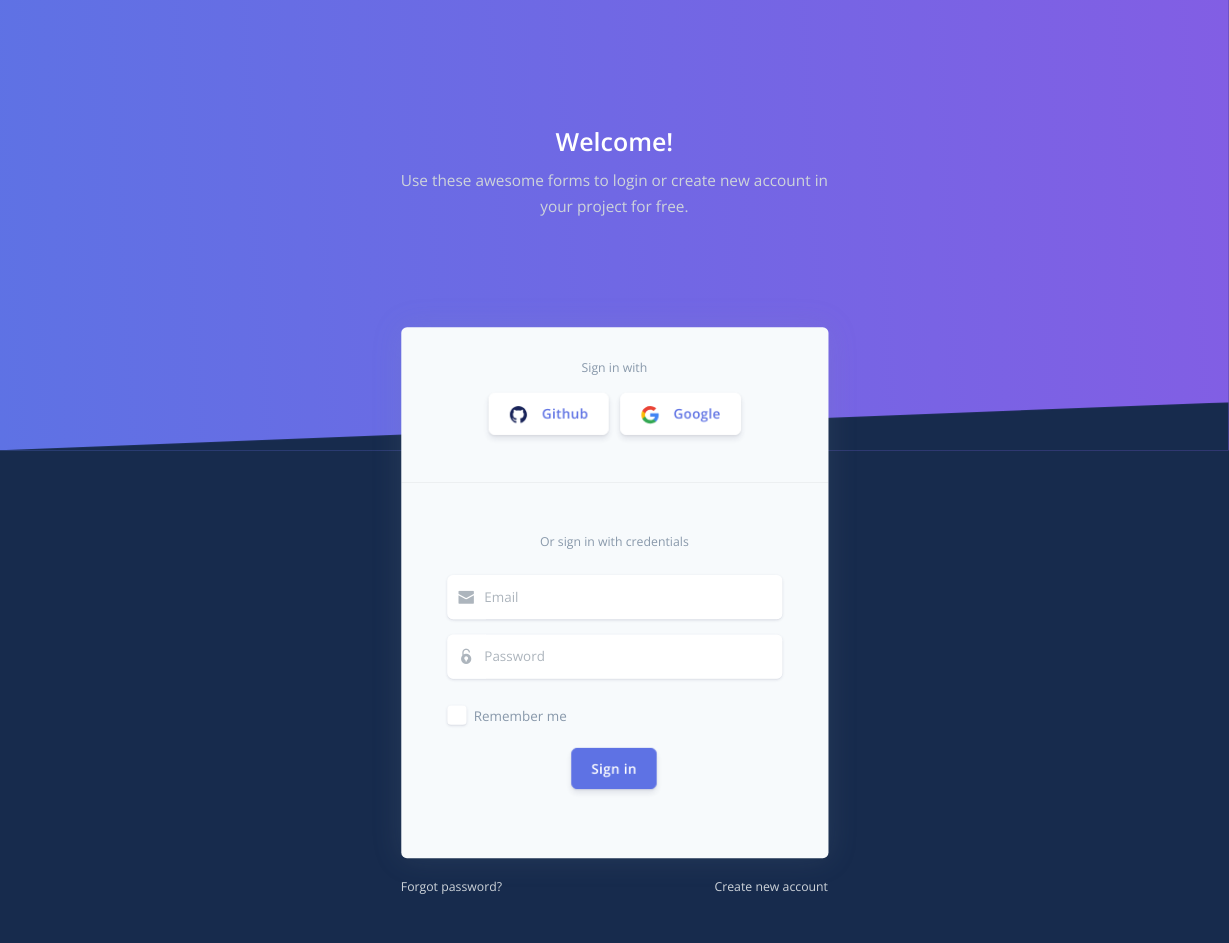
Repository: Hareeshgoli/restuarnt
Page: http://localhost/login
These files come from the project's save history. The page is drawn as it stood at one moment and after the next save; the edit follows.
The browser window is 1280 px wide. The pictures show the whole page, at 96% of full size.
The page is this project's Thymeleaf template; nobody is signed in. The template is opened directly, without the code that normally fills it, so the values that code supplies are empty.

Above is the page before, as saved 2020-02-28 09:28:29.

### resturant/src/main/resources/templates/login.html

<!DOCTYPE html>
<html lang="en">

<head>
  <meta charset="utf-8" />
  <meta name="viewport" content="width=device-width, initial-scale=1, shrink-to-fit=no">
  <title>
    Argon Dashboard - Free Dashboard for Bootstrap 4 by Creative Tim
  </title>
  <!-- Favicon -->
  <link href="../assets/img/brand/favicon.png" rel="icon" type="image/png">
  <!-- Fonts -->
  <link href="https://fonts.googleapis.com/css?family=Open+Sans:300,400,600,700" rel="stylesheet">
  <!-- Icons -->
  <link href="../assets/js/plugins/nucleo/css/nucleo.css" rel="stylesheet" />
  <link href="../assets/js/plugins/@fortawesome/fontawesome-free/css/all.min.css" rel="stylesheet" />
  <!-- CSS Files -->
  <link href="../assets/css/argon-dashboard.css?v=1.1.2" rel="stylesheet" />
</head>

<body class="bg-default">
  <div class="main-content">
    <!-- Header -->
    <div class="header bg-gradient-primary py-7 py-lg-8">
      <div class="container">
        <div class="header-body text-center mb-7">
          <div class="row justify-content-center">
            <div class="col-lg-5 col-md-6">
              <h1 class="text-white">Welcome!</h1>
              <p class="text-lead text-light">Use these awesome forms to login or create new account in your project for free.</p>
            </div>
          </div>
        </div>
      </div>
      <div class="separator separator-bottom separator-skew zindex-100">
        <svg x="0" y="0" viewBox="0 0 2560 100" preserveAspectRatio="none" version="1.1" xmlns="http://www.w3.org/2000/svg">
          <polygon class="fill-default" points="2560 0 2560 100 0 100"></polygon>
        </svg>
      </div>
    </div>
    <!-- Page content -->
    <div class="container mt--8 pb-5">
      <div class="row justify-content-center">
        <div class="col-lg-5 col-md-7">
          <div class="card bg-secondary shadow border-0">
            <div class="card-header bg-transparent pb-5">
              <div class="text-muted text-center mt-2 mb-3"><small>Sign in with</small></div>
              <div class="btn-wrapper text-center">
                <a href="#" class="btn btn-neutral btn-icon">
                  <span class="btn-inner--icon"><img src="../assets/img/icons/common/github.svg"></span>
                  <span class="btn-inner--text">Github</span>
                </a>
                <a href="#" class="btn btn-neutral btn-icon">
                  <span class="btn-inner--icon"><img src="../assets/img/icons/common/google.svg"></span>
                  <span class="btn-inner--text">Google</span>
                </a>
              </div>
            </div>
            <div class="card-body px-lg-5 py-lg-5">
              <div class="text-center text-muted mb-4">
                <small>Or sign in with credentials</small>
              </div>
              <form role="form">
                <div class="form-group mb-3">
                  <div class="input-group input-group-alternative">
                    <div class="input-group-prepend">
                      <span class="input-group-text"><i class="ni ni-email-83"></i></span>
                    </div>
                    <input class="form-control" placeholder="Email" type="email">
                  </div>
                </div>
                <div class="form-group">
                  <div class="input-group input-group-alternative">
                    <div class="input-group-prepend">
                      <span class="input-group-text"><i class="ni ni-lock-circle-open"></i></span>
                    </div>
                    <input class="form-control" placeholder="Password" type="password">
                  </div>
                </div>
                <div class="custom-control custom-control-alternative custom-checkbox">
                  <input class="custom-control-input" id=" customCheckLogin" type="checkbox">
                  <label class="custom-control-label" for=" customCheckLogin">
                    <span class="text-muted">Remember me</span>
                  </label>
                </div>
                <div class="text-center">
                  <button type="button" class="btn btn-primary my-4">Sign in</button>
                </div>
              </form>
            </div>
          </div>
          <div class="row mt-3">
            <div class="col-6">
              <a href="#" class="text-light"><small>Forgot password?</small></a>
            </div>
            <div class="col-6 text-right">
              <a href="#" class="text-light"><small>Create new account</small></a>
            </div>
          </div>
        </div>
      </div>
    </div>

  </div>
  <!--   Core   -->
  <script src="../assets/js/plugins/jquery/dist/jquery.min.js"></script>
  <script src="../assets/js/plugins/bootstrap/dist/js/bootstrap.bundle.min.js"></script>
  <!--   Optional JS   -->
  <!--   Argon JS   -->
  <script src="../assets/js/argon-dashboard.min.js?v=1.1.2"></script>
  <script src="https://cdn.trackjs.com/agent/v3/latest/t.js"></script>
  <script>
    window.TrackJS &&
      TrackJS.install({
        token: "ee6fab19c5a04ac1a32a645abde4613a",
        application: "argon-dashboard-free"
      });
  </script>
</body>

</html>

### resturant/src/main/resources/static/assets/img/icons/common/github.svg
<?xml version="1.0" encoding="UTF-8"?>
<svg width="36px" height="36px" viewBox="0 0 36 36" version="1.1" xmlns="http://www.w3.org/2000/svg" xmlns:xlink="http://www.w3.org/1999/xlink">
    <!-- Generator: Sketch 43.2 (39069) - http://www.bohemiancoding.com/sketch -->
    <title>UI/icons/dark/github</title>
    <desc>Created with Sketch.</desc>
    <defs/>
    <g id="Symbols" stroke="none" stroke-width="1" fill="none" fill-rule="evenodd">
        <g id="UI/icons/dark/github" fill="#182359">
            <path d="M17.9985267,2 C9.16436969,2 2,9.16338746 2,18.0004911 C2,25.0695847 6.58405721,31.0660855 12.9420179,33.1818042 C13.7425335,33.3291384 14.0342552,32.8350778 14.0342552,32.4107554 C14.0342552,32.0306332 14.020504,31.0248319 14.0126462,29.6899843 C9.56217195,30.6564965 8.62316216,27.5447988 8.62316216,27.5447988 C7.89533135,25.696246 6.84631204,25.2041499 6.84631204,25.2041499 C5.3935971,24.2120998 6.95632156,24.2317444 6.95632156,24.2317444 C8.56226404,24.3447006 9.40697996,25.8809049 9.40697996,25.8809049 C10.834157,28.3256699 13.1522146,27.6194481 14.063722,27.2098591 C14.2090917,26.1765554 14.6226097,25.4713159 15.0793456,25.0715492 C11.5266276,24.6678535 7.7912152,23.294699 7.7912152,17.163633 C7.7912152,15.417232 8.41492986,13.9880905 9.43841125,12.8703152 C9.27339697,12.4656374 8.72433162,10.8380859 9.5955677,8.63593112 C9.5955677,8.63593112 10.9382731,8.20571534 13.9949661,10.2762516 C15.27088,9.9206851 16.6401056,9.7438841 18.0004911,9.7370085 C19.3598944,9.7438841 20.7281378,9.9206851 22.0060161,10.2762516 C25.0607447,8.20571534 26.4014856,8.63593112 26.4014856,8.63593112 C27.2746861,10.8380859 26.7256208,12.4656374 26.5615888,12.8703152 C27.5870346,13.9880905 28.2058381,15.417232 28.2058381,17.163633 C28.2058381,23.3104147 24.4645324,24.6629424 20.9010099,25.0587802 C21.4746309,25.5528408 21.9863716,26.5291752 21.9863716,28.0211793 C21.9863716,30.1604715 21.966727,31.8862457 21.966727,32.4107554 C21.966727,32.8390067 22.255502,33.3369962 23.0668222,33.180822 C29.4198717,31.0601921 34,25.0676202 34,18.0004911 C34,9.16338746 26.8356303,2 17.9985267,2" id="icons/icon-github"/>
        </g>
    </g>
</svg>

### resturant/src/main/resources/static/assets/img/icons/common/google.svg
<?xml version="1.0" encoding="UTF-8"?>
<svg width="36px" height="36px" viewBox="0 0 36 36" version="1.1" xmlns="http://www.w3.org/2000/svg" xmlns:xlink="http://www.w3.org/1999/xlink">
    <!-- Generator: Sketch 43.2 (39069) - http://www.bohemiancoding.com/sketch -->
    <title>UI/icons/color/google</title>
    <desc>Created with Sketch.</desc>
    <defs/>
    <g id="Symbols" stroke="none" stroke-width="1" fill="none" fill-rule="evenodd">
        <g id="UI/icons/color/google">
            <g id="Group" transform="translate(2.000000, 2.000000)">
                <path d="M32.4365525,16.6024012 C32.4365525,15.4515967 32.3313665,14.344128 32.1357206,13.2820585 L16.5492615,13.2820585 L16.5492615,19.5616128 L25.4557094,19.5616128 C25.0721312,21.5908257 23.9059692,23.3098098 22.1535707,24.4613022 L22.1535707,28.5341733 L27.5019274,28.5341733 C30.631561,25.7077204 32.4365525,21.5461142 32.4365525,16.6024012 L32.4365525,16.6024012 Z" id="Shape" fill="#4285F4"/>
                <path d="M16.5492615,32.4674071 C21.0175621,32.4674071 24.7635856,31.0139403 27.5019274,28.5341733 L22.1535707,24.4613022 C20.6718508,25.4353244 18.7756982,26.0110706 16.5492615,26.0110706 C12.2387399,26.0110706 8.59088994,23.1557272 7.2893887,19.3181072 L1.76011213,19.3181072 L1.76011213,23.5244249 C4.48302664,28.8299569 10.0796222,32.4674071 16.5492615,32.4674071 L16.5492615,32.4674071 Z" id="Shape" fill="#34A853"/>
                <path d="M7.2893887,19.3181072 C6.95840347,18.344085 6.77047118,17.3033395 6.77047118,16.2337035 C6.77047118,15.1640676 6.95840347,14.1233221 7.2893887,13.1492999 L7.2893887,8.94298219 L1.76011213,8.94298219 C0.639530783,11.1345322 0,13.6142992 0,16.2337035 C0,18.8531079 0.639530783,21.3328749 1.76011213,23.5244249 L7.2893887,19.3181072 L7.2893887,19.3181072 Z" id="Shape" fill="#FBBC05"/>
                <path d="M16.5492615,6.4563365 C18.9790577,6.4563365 21.160615,7.27558824 22.8758478,8.88382548 L27.6225407,4.22764161 C24.755872,1.60892511 21.0098485,0 16.5492615,0 C10.0803235,0 4.48302664,3.63813805 1.76011213,8.94298219 L7.2893887,13.1492999 C8.59088994,9.31236774 12.2394411,6.4563365 16.5492615,6.4563365 Z" id="Shape" fill="#EA4335"/>
            </g>
        </g>
    </g>
</svg>

Loaded but not shown: resturant/src/main/resources/static/assets/js/plugins/nucleo/css/nucleo.css (library); resturant/src/main/resources/static/assets/js/plugins/@fortawesome/fontawesome-free/css/all.min.css (library); resturant/src/main/resources/static/assets/css/argon-dashboard.css (library); resturant/src/main/resources/static/assets/js/plugins/jquery/dist/jquery.min.js (library); resturant/src/main/resources/static/assets/js/plugins/bootstrap/dist/js/bootstrap.bundle.min.js (library); resturant/src/main/resources/static/assets/js/argon-dashboard.min.js (library)

After the next save:
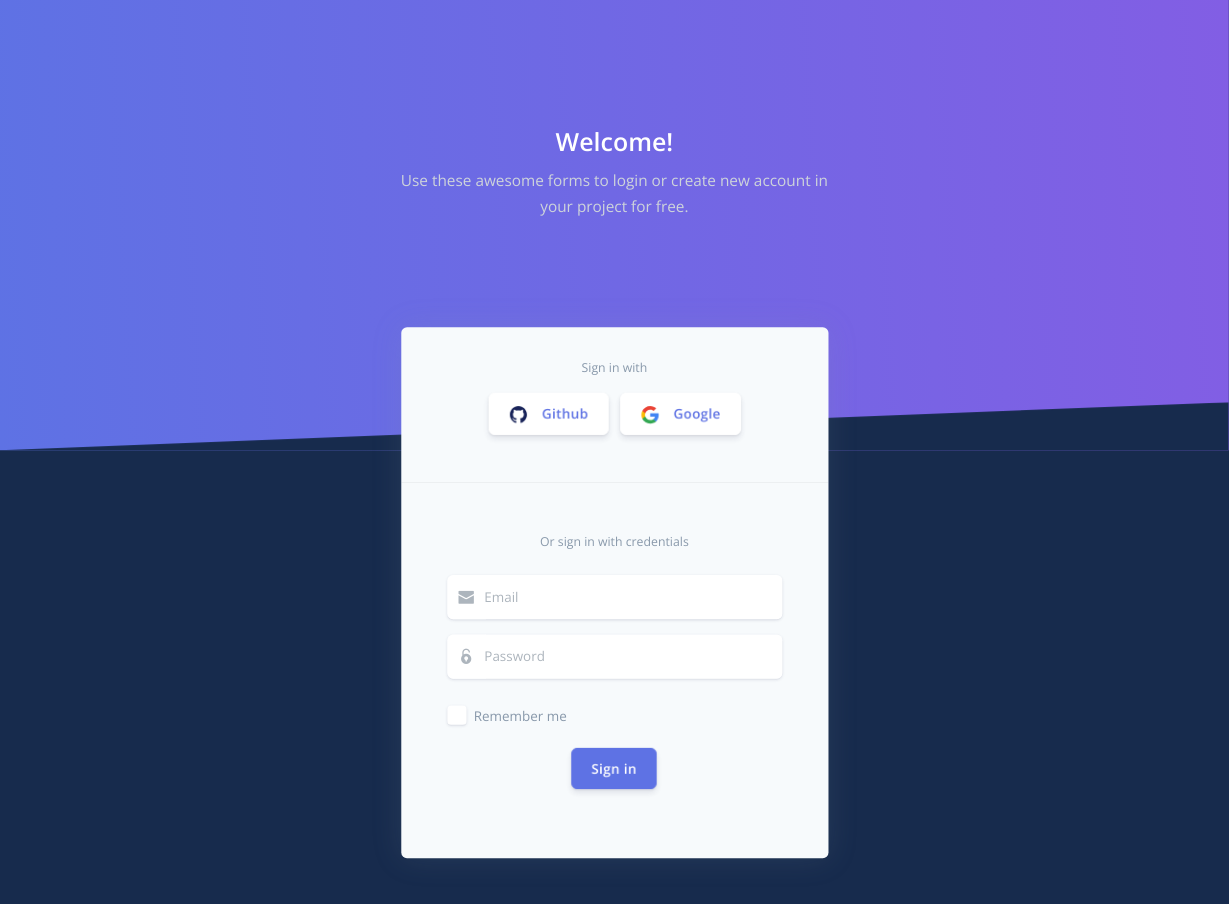
Saved 30 min 9 s later.
--- a/resturant/src/main/resources/templates/login.html
+++ b/resturant/src/main/resources/templates/login.html
@@ -90,14 +90,7 @@
               </form>
             </div>
           </div>
-          <div class="row mt-3">
-            <div class="col-6">
-              <a href="#" class="text-light"><small>Forgot password?</small></a>
-            </div>
-            <div class="col-6 text-right">
-              <a href="#" class="text-light"><small>Create new account</small></a>
-            </div>
-          </div>
+
         </div>
       </div>
     </div>
